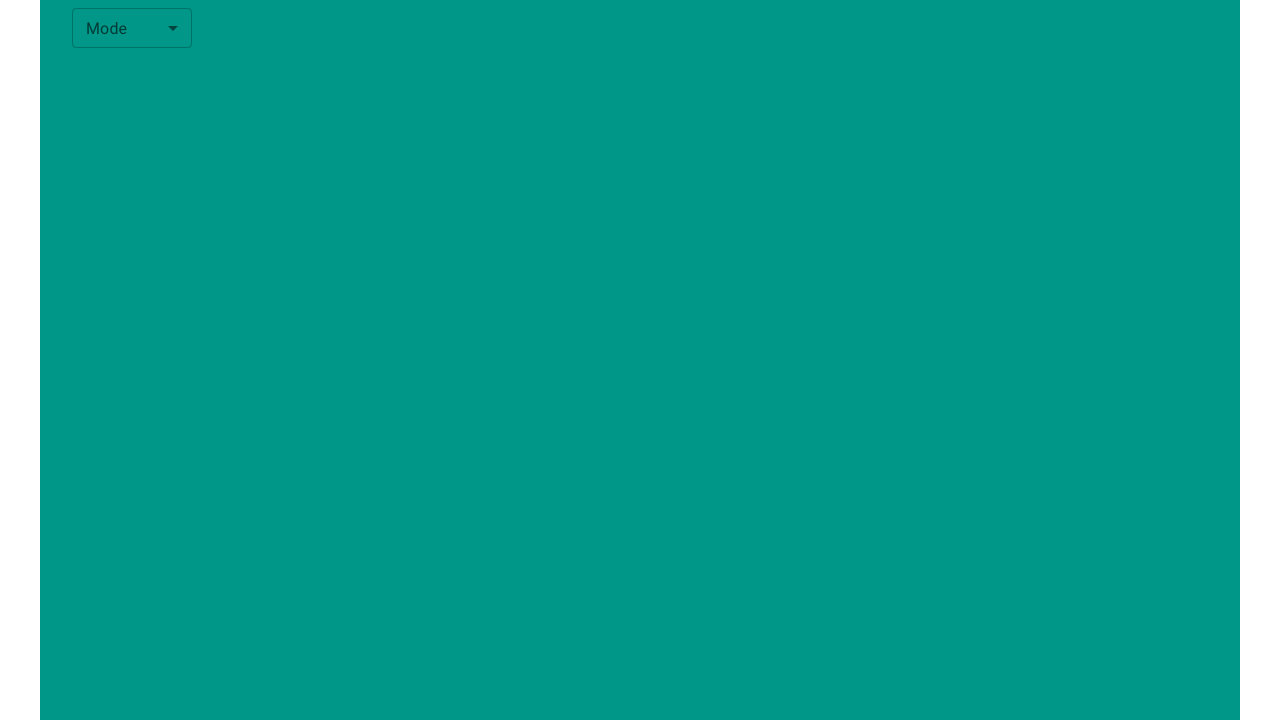
Repository: VoPhamKhanhTruong/trello-web
Page: /
These files come from the project's save history. The page is drawn as it stood at one moment and after the next save; the edit follows.
The browser window is 1280 px wide. The pictures show the whole page.
The project was rebuilt for these pictures with package versions that can differ from the ones it lists, and the page was loaded fresh each time. Also part of the build but not shown: vite.config.js.

Above is the page before, as saved 2024-08-07 17:23:35.

### src/main.jsx
import ReactDOM from 'react-dom/client'
import App from './App.jsx'
import CssBaseline from '@mui/material/CssBaseline'
import { Experimental_CssVarsProvider as CssVarsProvider } from '@mui/material/styles'
import theme from './theme'

ReactDOM.createRoot(document.getElementById('root')).render(
  <>
    <CssVarsProvider theme={theme}>
      <CssBaseline />
      <App />
    </CssVarsProvider>
  </>
)

### src/App.jsx
import Button from '@mui/material/Button'
import AccessAlarmIcon from '@mui/icons-material/AccessAlarm'
import ThreeDRotation from '@mui/icons-material/ThreeDRotation'
import HomeIcon from '@mui/icons-material/Home'
import { pink } from '@mui/material/colors'
import Typography from '@mui/material/Typography'
import {
  useColorScheme
} from '@mui/material/styles'
import useMediaQuery from '@mui/material/useMediaQuery'
import InputLabel from '@mui/material/InputLabel'
import MenuItem from '@mui/material/MenuItem'
import FormControl from '@mui/material/FormControl'
import Select from '@mui/material/Select'
import LightModeIcon from '@mui/icons-material/LightMode'
import DarkModeOutlinedIcon from '@mui/icons-material/DarkModeOutlined'
import SettingsBrightnessIcon from '@mui/icons-material/SettingsBrightness'
import Box from '@mui/material/Box'
import Container from '@mui/material/Container'

function ModeSelect() {
  const { mode, setMode } = useColorScheme()
  const handleChange = (event) => {
    const selectedMode = event.target.value
    setMode(selectedMode)
    // setAge(event.target.value)
  }

  return (
    <FormControl sx={{ m: 1, minWidth: 120 }} size="small">
      <InputLabel id="label-select-dark-light-mode">Mode</InputLabel>
      <Select
        labelId="label-select-dark-light-mode"
        id="select-dark-light-mode"
        value={mode}
        label="Mode"
        onChange={handleChange}
      >
        <MenuItem value="light">
          <Box sx={{ display: 'flex', alignItems: 'center', gap: 1 }}>
            <LightModeIcon fontSize="small"/> Light
          </Box>
        </MenuItem>
        <MenuItem value="dark">
          <Box sx={{ display: 'flex', alignItems: 'center', gap: 1 }}>
            <DarkModeOutlinedIcon fontSize="small" /> Dark
          </Box>
        </MenuItem>
        <MenuItem value="system">
          <Box sx={{ display: 'flex', alignItems: 'center', gap: 1 }}>
            <SettingsBrightnessIcon fontSize="small" /> System
          </Box>
        </MenuItem>
      </Select>
    </FormControl>
  )
}

function App() {
  return (
    <Container sx={{ height: '100vh', backgroundColor: 'primary.main'}}>
      <ModeSelect />
    </Container>
  )
}

export default App

### src/theme.js
import { cyan, deepOrange, orange, teal } from '@mui/material/colors'
import { experimental_extendTheme as extendTheme } from '@mui/material/styles'

// Create a theme instance.
const theme = extendTheme({
  colorSchemes: {
    light: {
      palette: {
        primary: teal,
        secondary: deepOrange
      }
    },
    dark: {
      palette: {
        primary: cyan,
        secondary: orange
      }
    }
  }
})

export default theme

Loaded but not shown: index.html (common file)

After the next save:
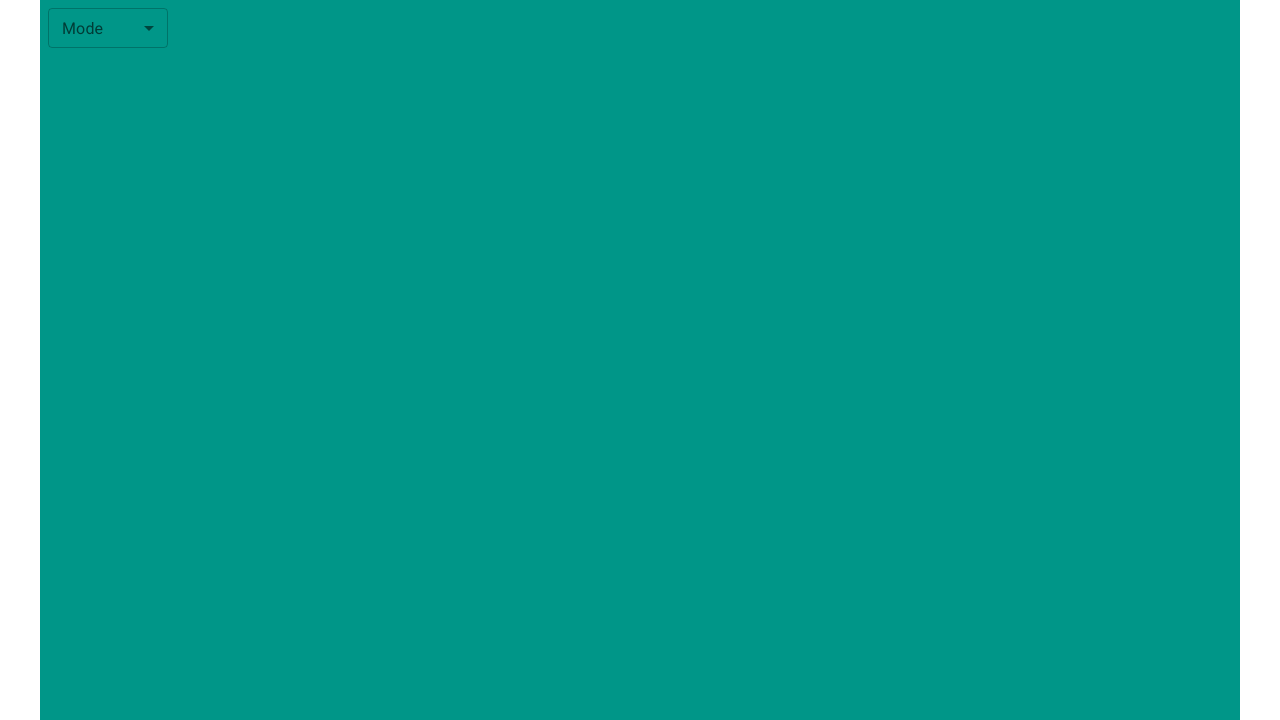
Saved 3 min 9 s later.
--- a/src/App.jsx
+++ b/src/App.jsx
@@ -58,7 +58,7 @@ function ModeSelect() {
 
 function App() {
   return (
-    <Container sx={{ height: '100vh', backgroundColor: 'primary.main'}}>
+    <Container disableGutters sx={{ height: '100vh', backgroundColor: 'primary.main'}}>
       <ModeSelect />
     </Container>
   )
